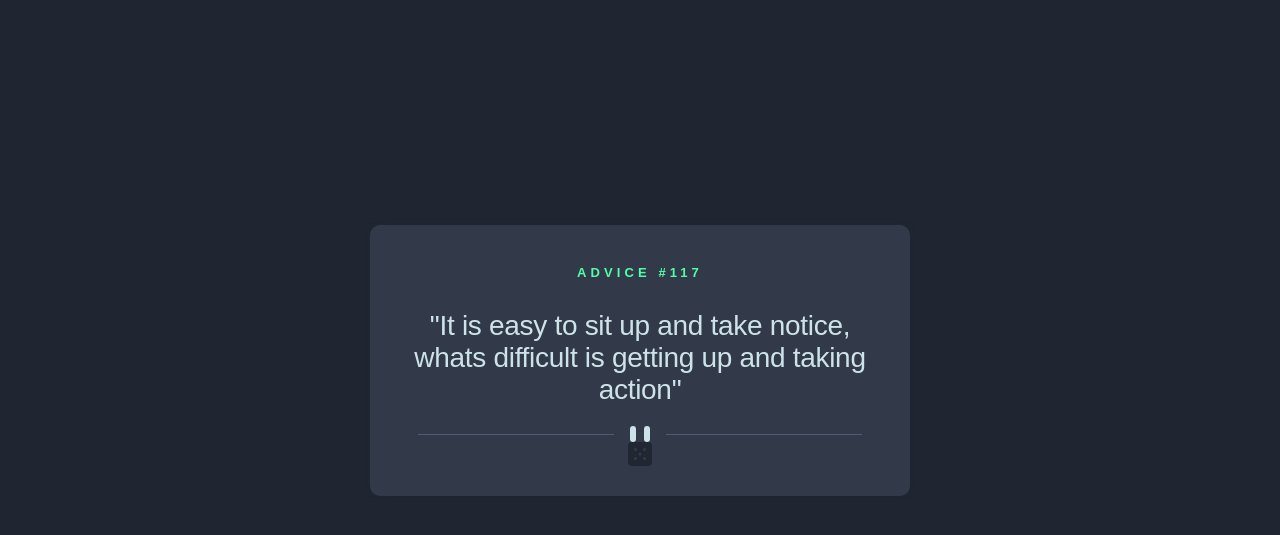
Repository: Arkitecth/advice-generator
Page: index.html
These files come from the project's save history. The page is drawn as it stood at one moment and after the next save; the edit follows.
The browser window is 1280 px wide. The pictures show the whole page.

Above is the page before, as saved 2023-07-12 17:45:38.

### index.html
<!DOCTYPE html>
<html lang="en">
<head>
  <meta charset="UTF-8">
  <meta name="viewport" content="width=device-width, initial-scale=1.0"> <!-- displays site properly based on user's device -->

  <link rel="icon" type="image/png" sizes="32x32" href="./images/favicon-32x32.png">
  <link rel="stylesheet" href="style.css">
  <title>Advice generator app</title>

</head>
<body>
  <div class="container">
    <p class="advice">Advice <span class="advice-num">#117</span></p>
    <p class="advice-text">"It is easy to sit up and take notice, whats difficult is getting up and taking action"</p>
    <img src="images/pattern-divider-desktop.svg" alt="pattern-divider-desktop">
    <img src="images/icon-dice.svg" alt="dice-icon">
  </div>
</body>
</html>

### style.css
:root {
    --dark-blue: hsl(218, 23%, 16%);
    --dark-grayish-blue:hsl(217, 19%, 24%);
    --light-cyan:  hsl(193, 38%, 86%);
    --neon-green:hsl(150, 100%, 66%);
    --grayish-blue:hsl(217, 19%, 38%);
}
* {
    margin: 0;
    padding:0;
    box-sizing: border-box;
    font-family: 'Manrope', sans-serif;
}
@import url('https://fonts.googleapis.com/css2?family=Manrope:wght@800&display=swap');


body {
    background-color: var(--dark-blue);
    display: flex;
    height: 100vh;
    align-items: center;
}

.container {
    margin: 0 auto;
    background-color: var(--dark-grayish-blue);
    max-width: 540px;
    padding: 30px;
    border-radius: 10px;
    box-shadow: 3px 0px 5px var(--dark-blue);
    display: flex;
    flex-direction: column;
    align-items: center;
    align-content: space-around;
    justify-content: space-between;
}

.advice {
    color: var(--neon-green);
    text-transform: uppercase;
    font-weight: 800;
    letter-spacing: 4.086px;
    font-size: 0.8125rem;
    margin: 10px 10px;
}

.advice-text {
    color: var(--light-cyan);
    text-align: center;
    font-size: 28px;
    letter-spacing: -0.3px;
    margin: 20px 10px;
}

After the next save:
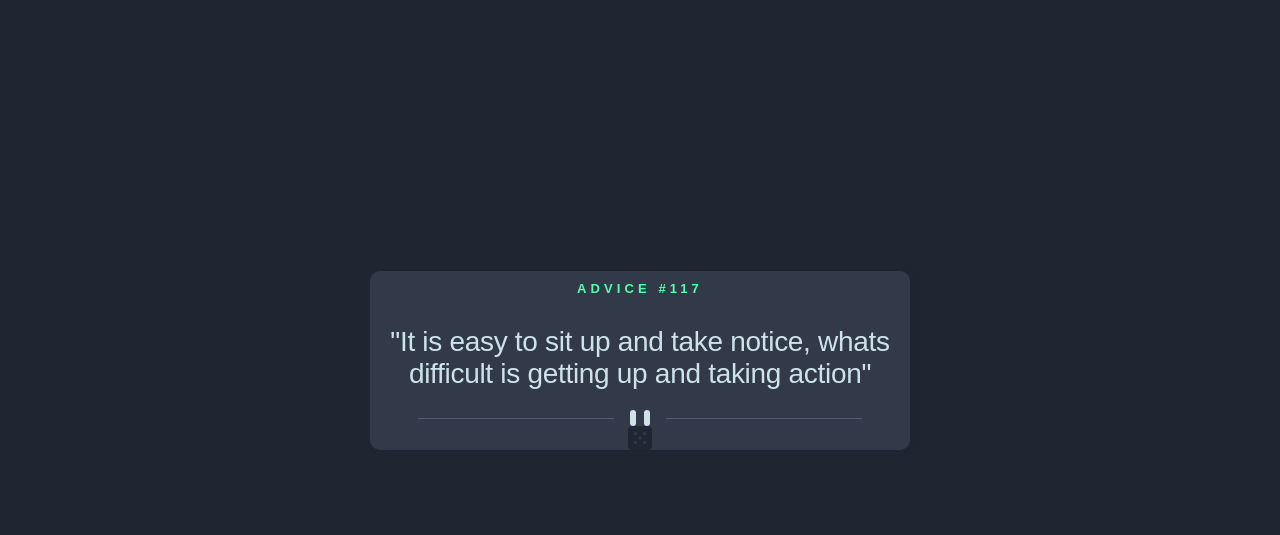
Saved 25 s later.
--- a/style.css
+++ b/style.css
@@ -25,7 +25,6 @@
     margin: 0 auto;
     background-color: var(--dark-grayish-blue);
     max-width: 540px;
-    padding: 30px;
     border-radius: 10px;
     box-shadow: 3px 0px 5px var(--dark-blue);
     display: flex;
@@ -49,5 +48,5 @@
     text-align: center;
     font-size: 28px;
     letter-spacing: -0.3px;
-    margin: 20px 10px;
+    margin: 20px 20px;
 }
